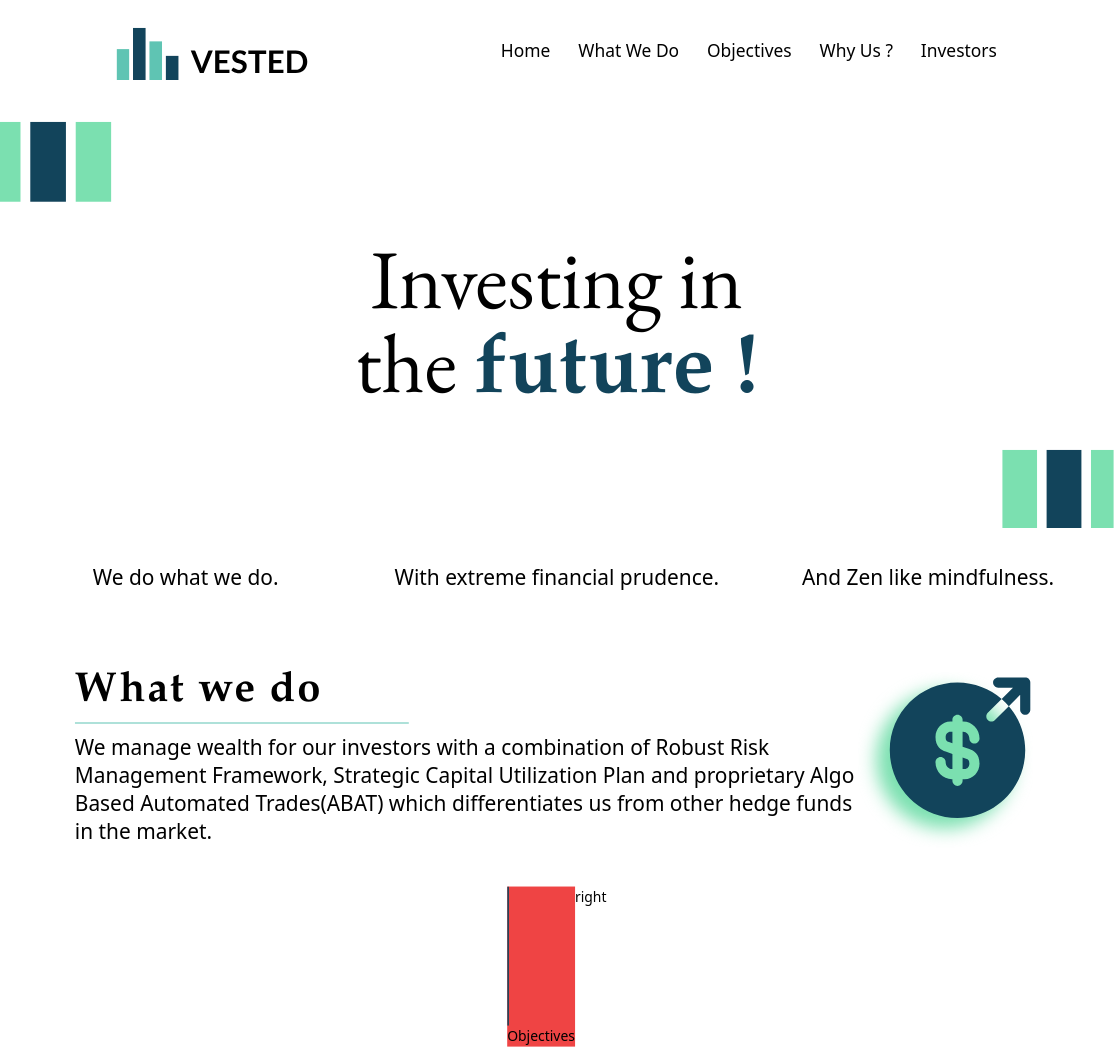
Repository: husainmamuwala/TippingPointsFinancial
Page: /
An editor plug-in stored every save of this project. The page is shown before and after the next save, followed by the edit.
The browser window is 1280 px wide. The pictures show the whole page, at 87% of full size.
The project was rebuilt for these pictures with package versions that can differ from the ones it lists, and the page was loaded fresh each time. The framework's server and built-in components were replaced by stand-ins that run in the browser. Also part of the build but not shown: next.config.js.

Above is the page before, as saved 2022-10-15 18:41:11.

After the next save:
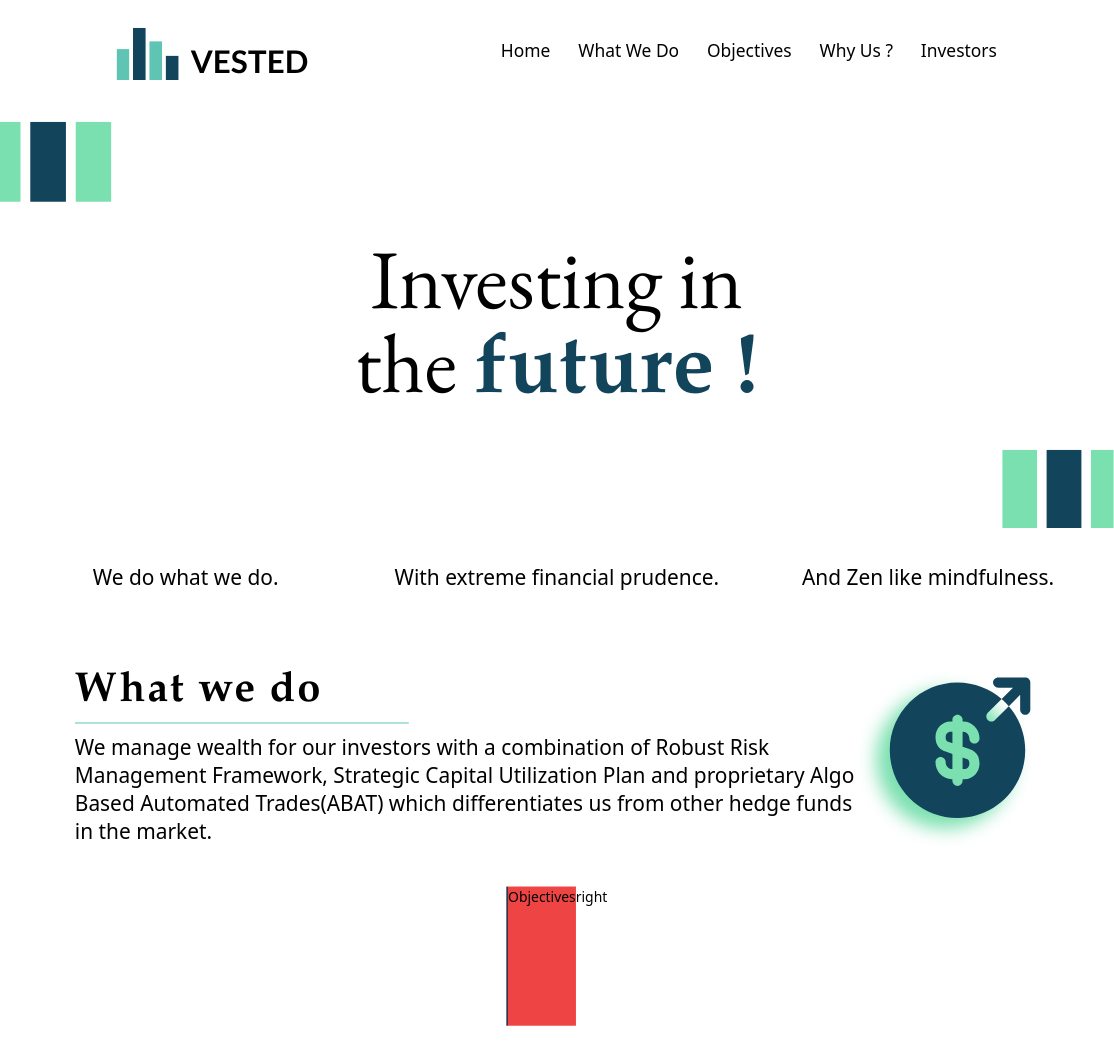
Saved 11 s later.
--- a/components/Objectives.jsx
+++ b/components/Objectives.jsx
@@ -4,7 +4,7 @@
   return (
     <div className='flex flex-row md:flex-row justify-center py-5'>
         <div className=''>
-          <div className='relative w-full bg-red-500 flex flex-col '>
+          <div className='relative w-full bg-red-500 flex flex-row '>
               <div>
                   <svg width="2" height="160" viewBox="0 0 2 160" fill="none" xmlns="http://www.w3.org/2000/svg">
                   <line x1="1" y1="4.37114e-08" x2="0.999993" y2="160" stroke="#12445B" stroke-width="2"/>
